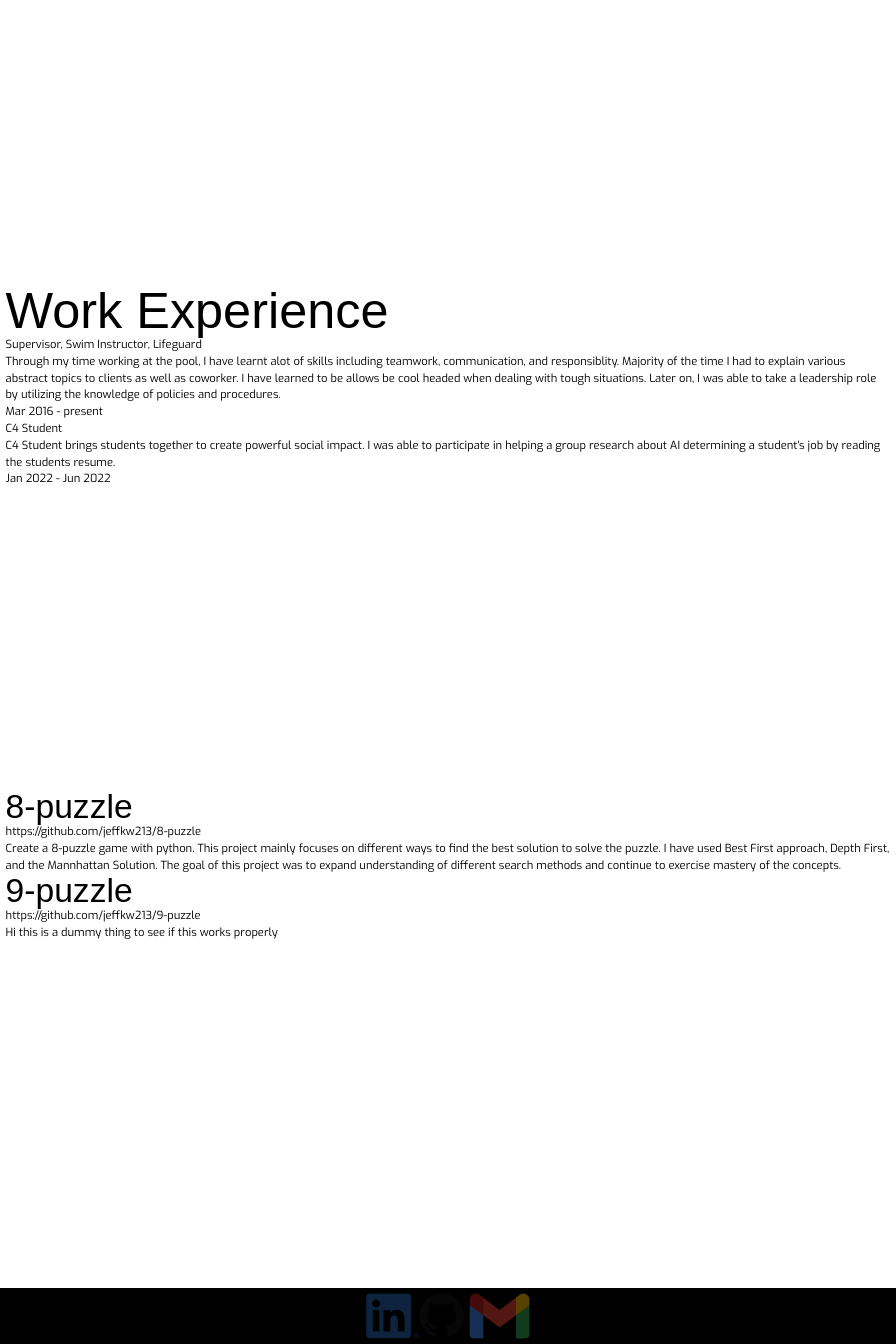
Repository: Jeffkw213/profile_website
Page: /
These files come from the project's save history. The page is drawn as it stood at one moment and after the next save; the edit follows.
The browser window is 1280 px wide. The pictures show the part of the page from y = 1040 to 2960 px (the page is 2960 px tall), at 70% of full size.
Some web fonts or font styles are not loaded; a fallback is used. The project was rebuilt for these pictures with package versions that can differ from the ones it lists, and the page was loaded fresh each time. Also part of the build but not shown: vite.config.js.

Above is the page before, as saved 2022-09-30 15:08:43.

After the next save:
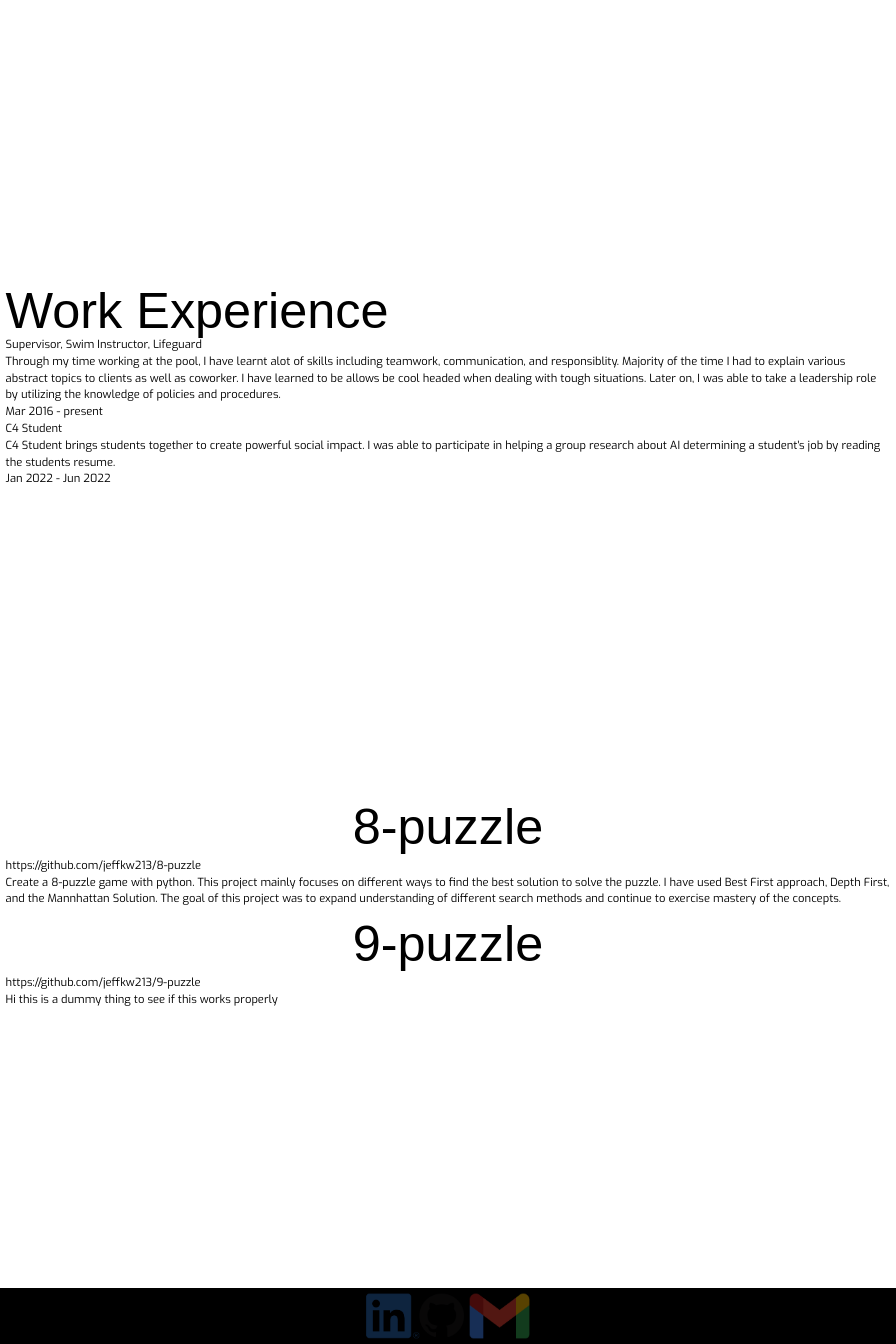
Saved 110 s later.
--- a/src/components/Projects.jsx
+++ b/src/components/Projects.jsx
@@ -6,7 +6,7 @@ export default function Projects() {
       {projects.map((item, index) => {
         return (
           <div key={index}>
-            <h2 className='font-Nexa text-5xl'>{item.name}</h2>
+            <h2 className='font-Nexa text-4xl sm:text-7xl text-center pt-4 pb-2'>{item.name}</h2>
             <a href={item.link} target="_blank" rel="noopener noreferrer">
               {item.link}
             </a>
